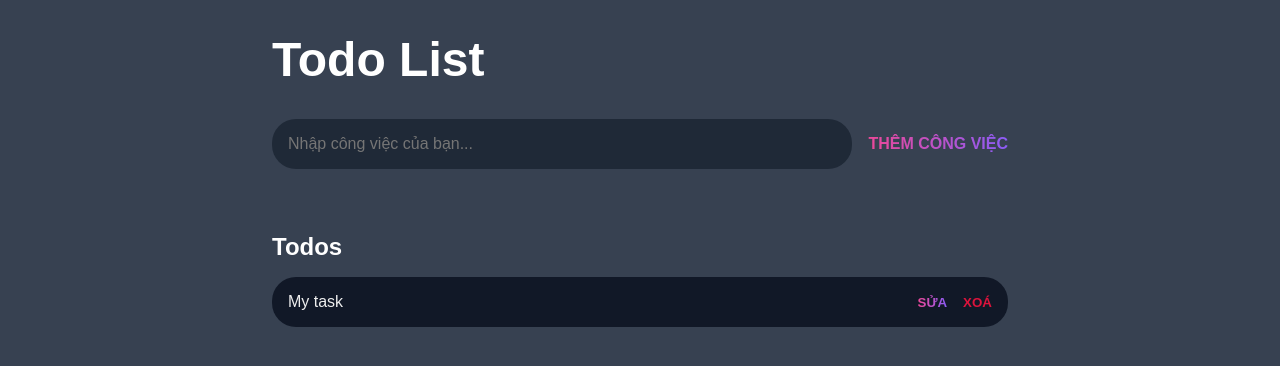
Repository: ntheanh/Todo-List
Page: index.html
An editor plug-in stored every save of this project. The page is shown before and after the next save, followed by the edit.
The browser window is 1280 px wide. The pictures show the whole page.
The style sheet was rebuilt from its Sass, Less or Tailwind sources for each picture, by a compiler version that may differ from the author's.

Above is the page before, as saved 2023-03-16 08:34:04.

After the next save:
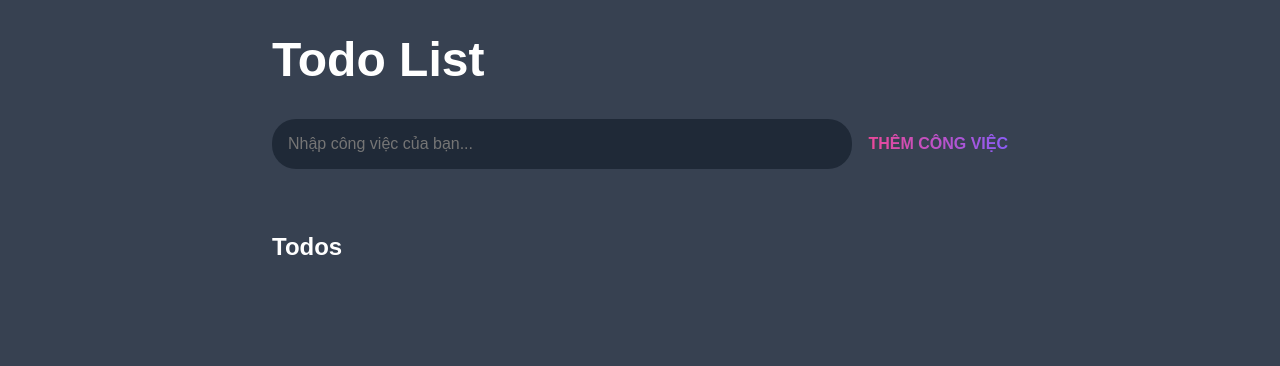
Saved 75 s later.
--- a/index.html
+++ b/index.html
@@ -23,21 +23,7 @@
     <main>
       <section class="task-list">
         <h2>Todos</h2>
-        <div id="tasks">
-          <!-- <div class="task">
-            <div class="content">
-              <input
-                type="text"
-                class="content_input"
-                value="My task"
-                readonly
-              />
-            </div>
-            <div class="actions">
-              <button class="edit">Sửa</button>
-              <button class="delete">Xoá</button>
-            </div>
-          </div> -->
+        <!-- <div id="tasks">
           <div class="task">
             <div class="content">
               <input
@@ -52,7 +38,21 @@
               <button class="delete">Xoá</button>
             </div>
           </div>
-        </div>
+          <div class="task">
+            <div class="content">
+              <input
+                type="text"
+                class="content_input"
+                value="My task"
+                readonly
+              />
+            </div>
+            <div class="actions">
+              <button class="edit">Sửa</button>
+              <button class="delete">Xoá</button>
+            </div>
+          </div>
+        </div> -->
       </section>
     </main>
 
